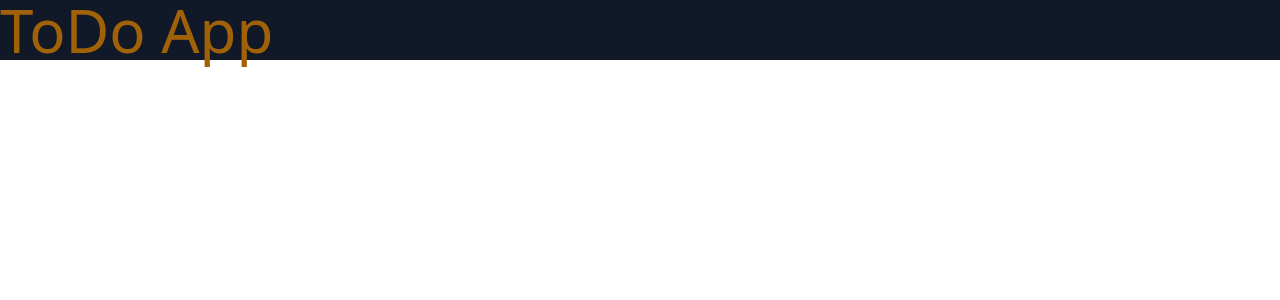
Repository: mvbri/app-todo-fullstack
Page: /
These files come from the project's save history. The page is drawn as it stood at one moment and after the next save; the edit follows.
The browser window is 1280 px wide. The pictures show the whole page.
The project was rebuilt for these pictures with package versions that can differ from the ones it lists, and the page was loaded fresh each time. Also part of the build but not shown: src/App.css.

Above is the page before, as saved 2023-04-09 11:52:24.

### src/App.js
import './App.css';

function App() {
	return (
		<div className='bg-gray-900'>
			<h1 className='text-6xl text-yellow-700'>ToDo App</h1>
		</div>
	);
}

export default App;

Loaded but not shown: public/index.html (common file); src/index.js (common file); src/index.css (common file); src/reportWebVitals.js (common file); tailwind.config.js (common file)

After the next save:
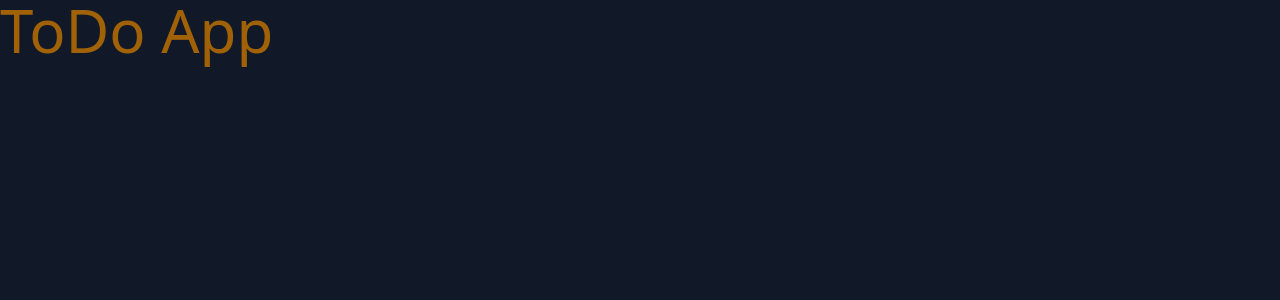
Saved 23 s later.
--- a/src/App.js
+++ b/src/App.js
@@ -2,7 +2,7 @@ import './App.css';
 
 function App() {
 	return (
-		<div className='bg-gray-900'>
+		<div className='bg-gray-900 min-h-screen'>
 			<h1 className='text-6xl text-yellow-700'>ToDo App</h1>
 		</div>
 	);
